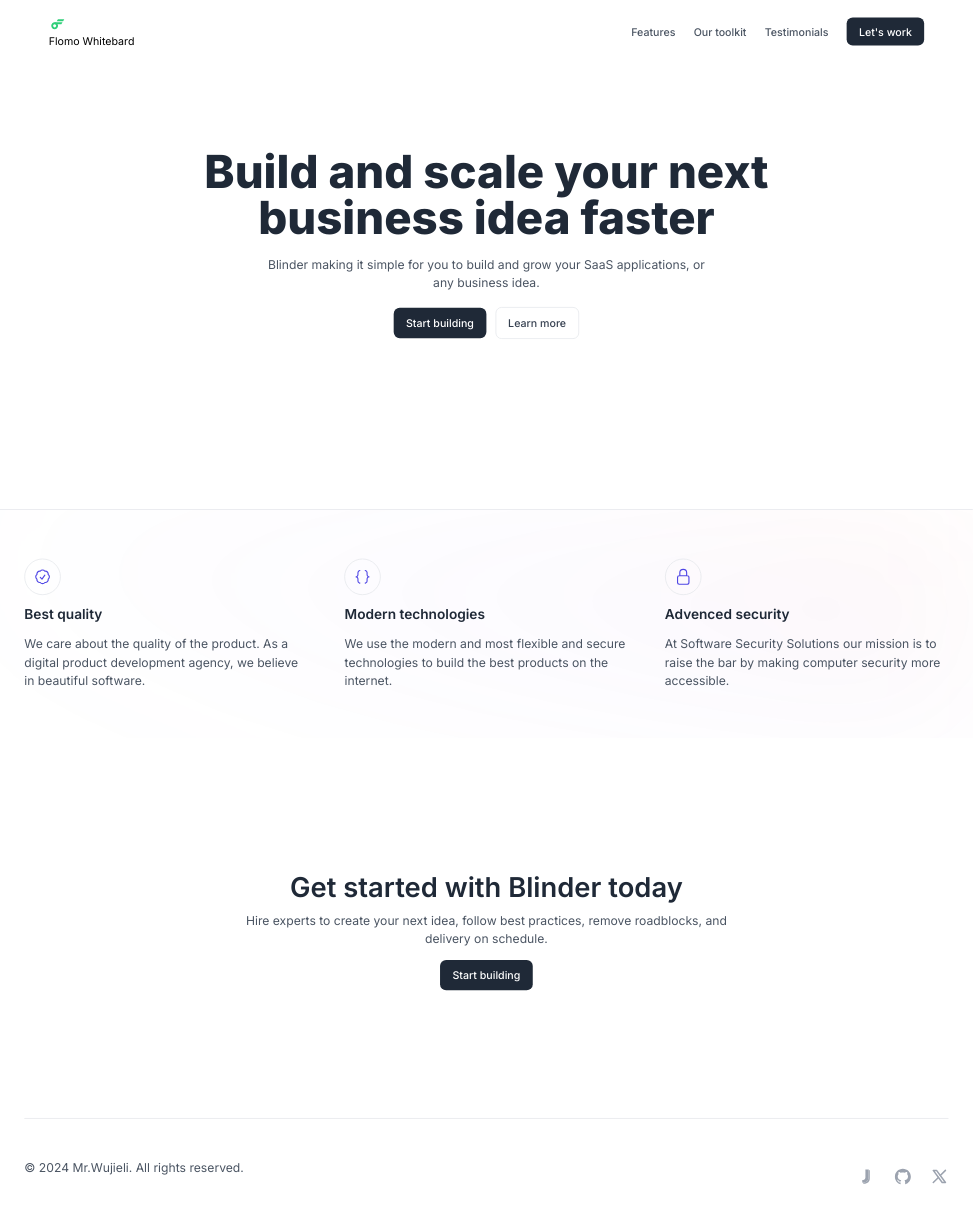
Repository: wujieli0207/flomo-board
Page: /
The author's editor kept a copy of each file at every save. The page is drawn from the files as they stood at one save, then again after the next save.
The browser window is 1280 px wide. The pictures show the whole page, at 76% of full size.
The project was rebuilt for these pictures with package versions that can differ from the ones it lists, and the page was loaded fresh each time. The framework's server and built-in components were replaced by stand-ins that run in the browser. Also part of the build but not shown: next.config.mjs.

Above is the page before, as saved 2024-06-22 19:59:36.

After the next save:
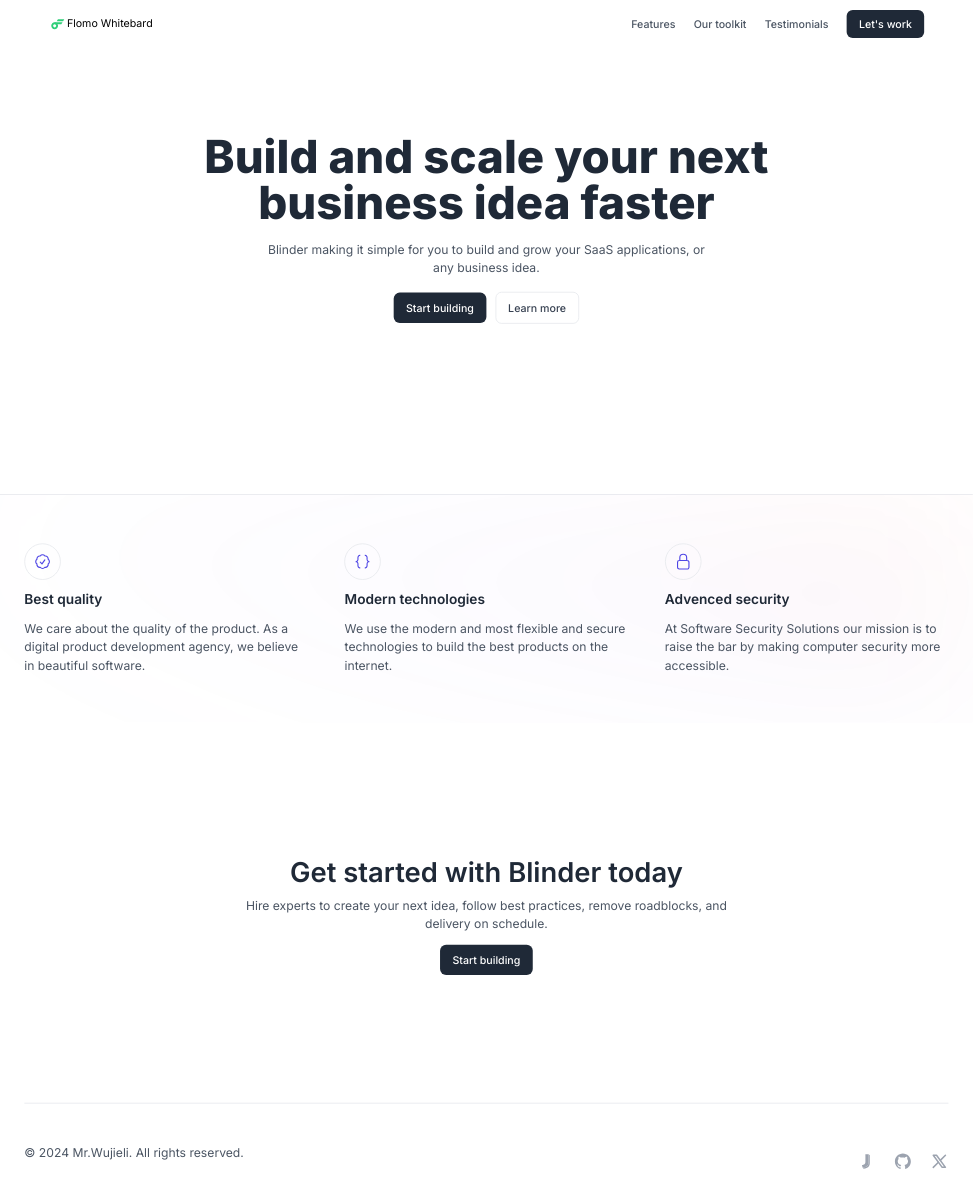
Saved 7 s later.
--- a/components/ui/Brand/index.tsx
+++ b/components/ui/Brand/index.tsx
@@ -2,7 +2,7 @@
 import Link from 'next/link'
 
 const Brand = () => (
-  <Link href="/">
+  <Link href="/" className="flex">
     <Image src="/logo.svg" width={24} height={24} alt="logo" />
     Flomo Whitebard
   </Link>
